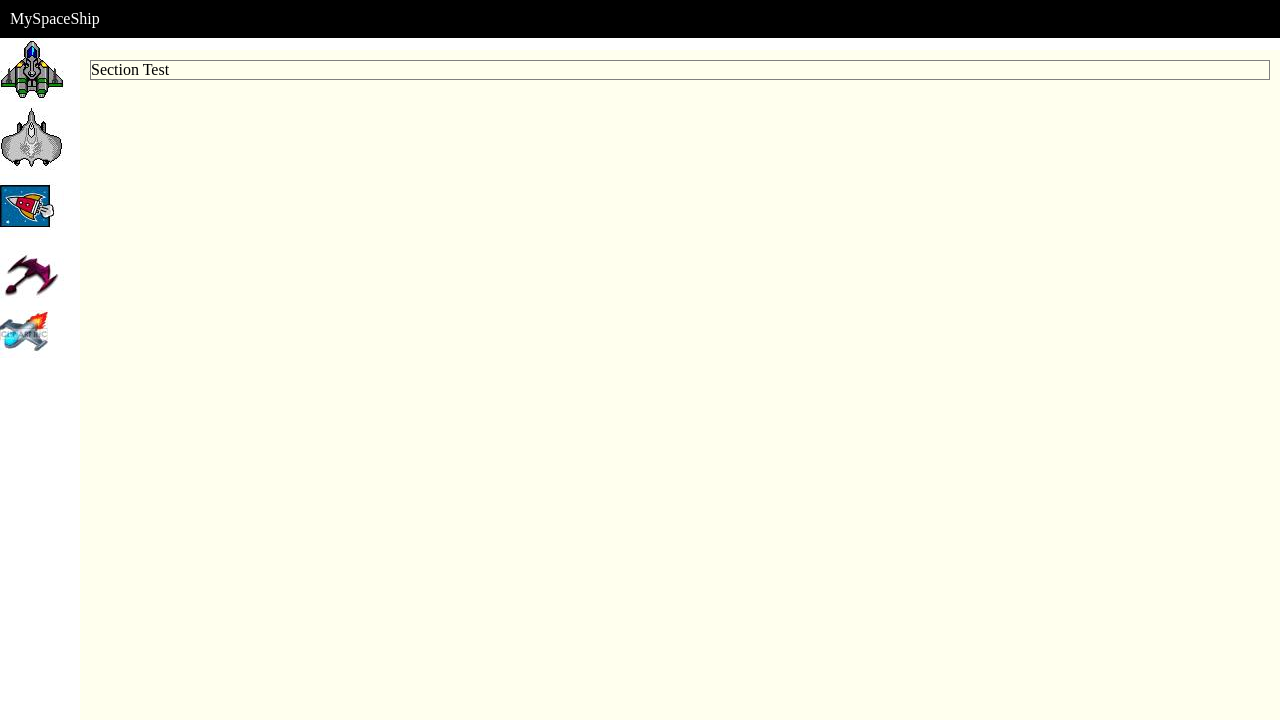
Repository: eudesf/MySpaceShip
Page: MySpaceShip/WebContent/index.html
An editor plug-in stored every save of this project. The page is shown before and after the next save, followed by the edit.
The browser window is 1280 px wide. The pictures show the whole page.

Above is the page before, as saved 2012-03-15 20:26:53.

After the next save:
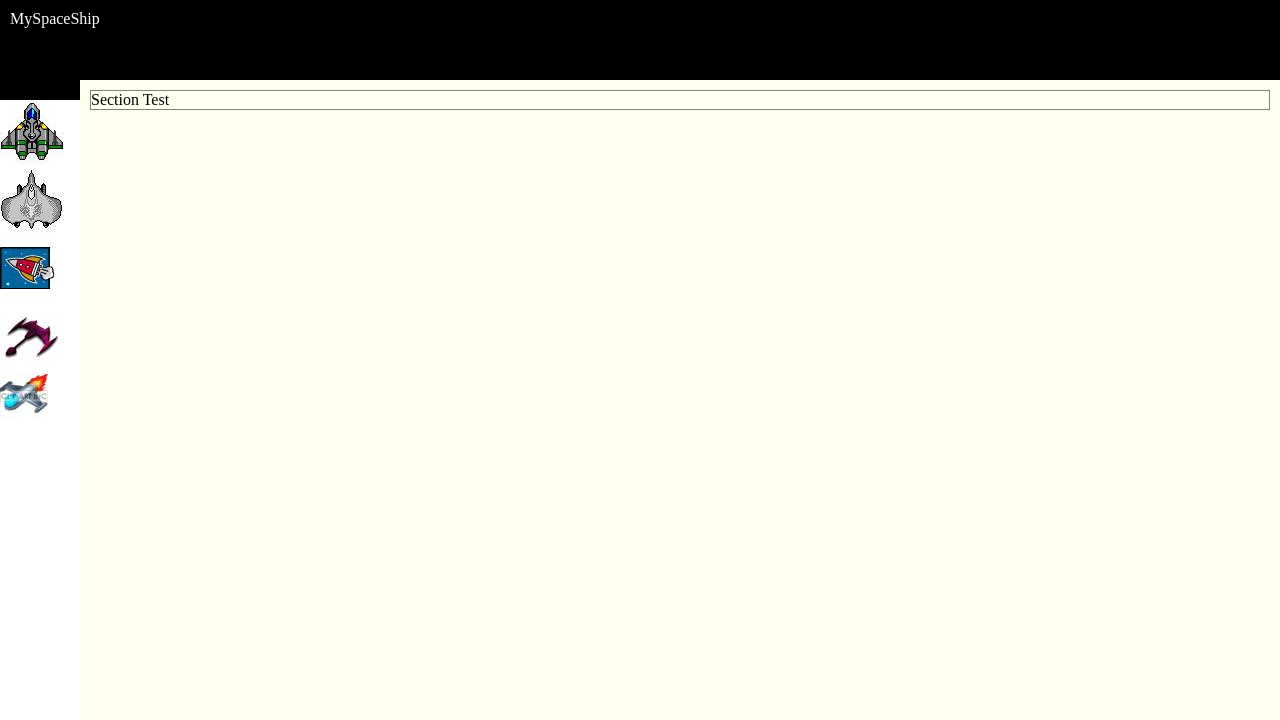
Saved 46 s later.
--- a/MySpaceShip/WebContent/index.html
+++ b/MySpaceShip/WebContent/index.html
@@ -10,6 +10,7 @@
 				background: #000;
 				color: #fff;
 				padding: 10px;
+				height: 80px
 			}
 
 			nav {
@@ -25,7 +26,7 @@
 				position: absolute;
 				left: 80px;
 				right: 0px;
-				top: 50px;
+				top: 80px;
 				bottom: 0px;
 				background: #FFE;
 			}
